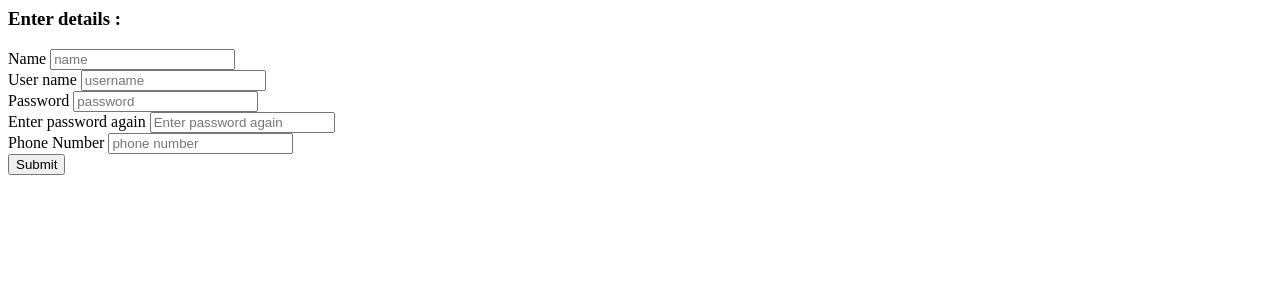
Repository: ApoorvaMishra4/Bootcamp
Page: http://localhost/Login/Registration.jsp
An editor plug-in stored every save of this project. The page is shown before and after the next save, followed by the edit.
The browser window is 1280 px wide. The pictures show the whole page.
The page is served by Tomcat 9.

Above is the page before, as saved 2018-08-09 04:08:34.

After the next save:
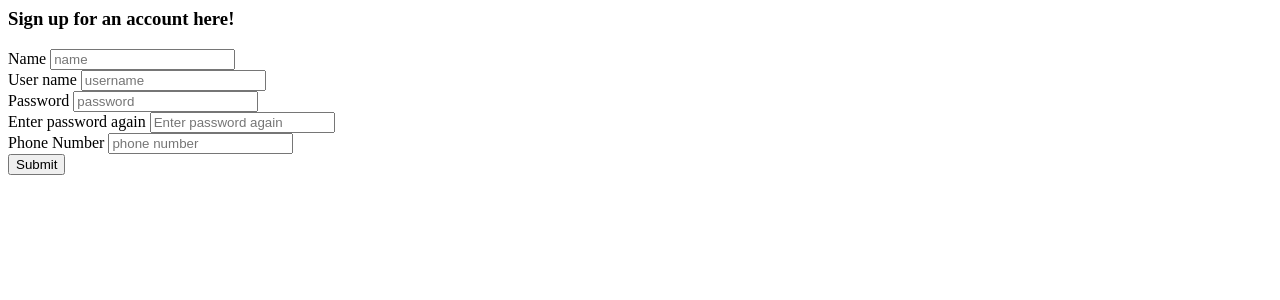
Saved 13 s later.
--- a/Login/src/main/webapp/Registration.jsp
+++ b/Login/src/main/webapp/Registration.jsp
@@ -5,7 +5,7 @@
 </head>
 <body>
 <form action = "#">
-<h3>Enter details :</h3>
+<h3>Sign up for an account here!</h3>
 <label for="name">Name</label>
 <input type="text" name="name" placeholder="name">
 <br>
